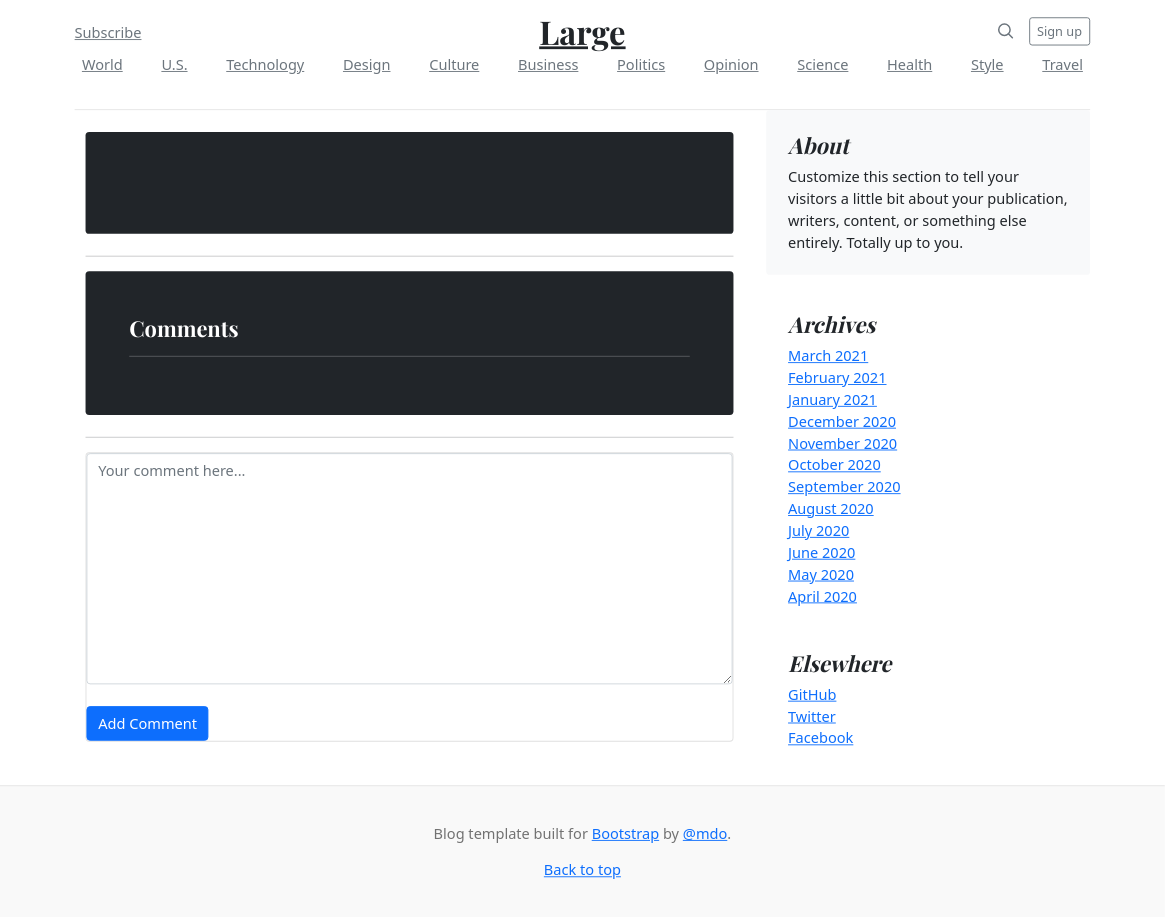
Repository: GarlicButterBoy/WEBD5201
Page: resources/views/posts/show.blade.php
These files come from the project's save history. The page is drawn as it stood at one moment and after a run of saves; the edit follows.
The browser window is 1280 px wide. The pictures show the whole page, at 91% of full size.
The page is served by the project's Laravel application, run on PHP 8.4 with Laravel 8. Other server files are loaded and not shown. The template is opened directly, without the code that normally fills it, so the values that code supplies are empty.

Above is the page before, as saved 2021-09-21 17:44:18.

### routes/web.php
<?php

/*
|--------------------------------------------------------------------------
| Web Routes
|--------------------------------------------------------------------------
|
| Here is where you can register web routes for your application. These
| routes are loaded by the RouteServiceProvider within a group which
| contains the "web" middleware group. Now create something great!
|
*/
use App\Task;
use App\Post;

// Route::get('/tasks', function () {
//     $tasks = DB::table('tasks')->get();
//     $tasks = \App\Task::all();
//     return view('tasks.index', compact('tasks'));
// });
Route::get('/tasks', 'TasksController@index'); //Replaced -> //Route::get('/tasks', function () {});
Route::get('/tasks/{task}', 'TasksController@show'); //Replaced -> //Route::get('/tasks/{task}', function ($id) {});


Route::get('/', 'PostsController@index');
Route::get('/posts/create', 'PostsController@create');
Route::post('/posts', 'PostsController@store');
Route::get('/posts/{post}', 'PostsController@show'); //Replaced -> //Route::get('/tasks', function () {});

// Route::get('/', function () {
//     //$name = 'Laracasts';
//     $tasks = [
//      'Go to the store',
//      'Finish my screencast',
//      'Clean the house'];
//     //Lesson 5, 3 ways to pass data to view
//     //return view('welcome', ['tasks' => $tasks]);
//     return view('welcome', compact('tasks'));
//     //return view('welcome')->with('tasks', $tasks);
// });
Route::get('/about', function () {  return view('about'); });

/* Posts
 *
 * GET /posts
 * GET /posts/create
 *
 * POST /posts
 *
 * GET /posts/{id}/edit
 * GET /posts/{id}
 *
 * PATCH /posts/{id}
 *
 * DELETE /posts/{id}
 *
 */

### resources/views/posts/show.blade.php
@extends ('layouts.main')


@section ('content')
<div class="col-md-8 p-4 ">
    <div class="p-4 p-md-5 mb-4 text-white rounded bg-dark">
        <h1>{{ $post->title }}</h1>

        <p>{{ $post->body }}</p>
    </div>

    <hr>

    <div class="comments p-4 p-md-5 mb-4 text-white rounded bg-dark">
        <h4>Comments</h4>
        <hr>
        <ol>
        @foreach ($post->comments as $comment)
        <li>
        <article>
            <strong>{{ $comment->created_at->diffForHumans() }}:</strong>

            {{$comment->body}}
        </article>
        </li>
        @endforeach
        </ol>
    </div>
    <hr>
    <div class="card">
        <div class="card-block">
    <form action="POST">
        <div class="form-group">
            <textarea class="form-control" name="body" id="body" cols="30" rows="10" placeholder="Your comment here..."></textarea>
        </div><br/>
        <div class="form-group">
            <button type="submit" class="btn btn-primary">Add Comment</button>
        </div>
    </form>
        </div>
    </div>


</div>

@endsection

### resources/views/layouts/main.blade.php
<!doctype html>
<html lang="en">
  <head>
    <meta charset="utf-8">
    <meta name="viewport" content="width=device-width, initial-scale=1">
    <meta name="description" content="">
    <meta name="author" content="Mark Otto, Jacob Thornton, and Bootstrap contributors">
    <meta name="generator" content="Hugo 0.88.1">
    <title>Blog Template · Bootstrap v5.1</title>

    <link rel="canonical" href="https://getbootstrap.com/docs/5.1/examples/blog/">



    <!-- Bootstrap core CSS -->
    <link href="https://cdn.jsdelivr.net/npm/bootstrap@5.1.1/dist/css/bootstrap.min.css" rel="stylesheet" integrity="sha384-F3w7mX95PdgyTmZZMECAngseQB83DfGTowi0iMjiWaeVhAn4FJkqJByhZMI3AhiU" crossorigin="anonymous">

    <!-- Favicons -->
<link rel="apple-touch-icon" href="/docs/5.1/assets/img/favicons/apple-touch-icon.png" sizes="180x180">
<link rel="icon" href="/docs/5.1/assets/img/favicons/favicon-32x32.png" sizes="32x32" type="image/png">
<link rel="icon" href="/docs/5.1/assets/img/favicons/favicon-16x16.png" sizes="16x16" type="image/png">
<link rel="manifest" href="/docs/5.1/assets/img/favicons/manifest.json">
<link rel="mask-icon" href="/docs/5.1/assets/img/favicons/safari-pinned-tab.svg" color="#7952b3">
<link rel="icon" href="/docs/5.1/assets/img/favicons/favicon.ico">
<meta name="theme-color" content="#7952b3">


    <style>
      .bd-placeholder-img {
        font-size: 1.125rem;
        text-anchor: middle;
        -webkit-user-select: none;
        -moz-user-select: none;
        user-select: none;
      }

      @media (min-width: 768px) {
        .bd-placeholder-img-lg {
          font-size: 3.5rem;
        }
      }
    </style>


    <!-- Custom styles for this template -->
    <link href="https://fonts.googleapis.com/css?family=Playfair&#43;Display:700,900&amp;display=swap" rel="stylesheet">
    <!-- Custom styles for this template -->
    <link href="/css/blog.css" rel="stylesheet">
  </head>
  <body>

<div class="container">
  <header class="blog-header py-3">
    <div class="row flex-nowrap justify-content-between align-items-center">
      <div class="col-4 pt-1">
        <a class="link-secondary" href="#">Subscribe</a>
      </div>
      <div class="col-4 text-center">
        <a class="blog-header-logo text-dark" href="#">Large</a>
      </div>
      <div class="col-4 d-flex justify-content-end align-items-center">
        <a class="link-secondary" href="#" aria-label="Search">
          <svg xmlns="http://www.w3.org/2000/svg" width="20" height="20" fill="none" stroke="currentColor" stroke-linecap="round" stroke-linejoin="round" stroke-width="2" class="mx-3" role="img" viewBox="0 0 24 24"><title>Search</title><circle cx="10.5" cy="10.5" r="7.5"/><path d="M21 21l-5.2-5.2"/></svg>
        </a>
        <a class="btn btn-sm btn-outline-secondary" href="#">Sign up</a>
      </div>
    </div>


  @include ('layouts.nav')
  </header>


</div>

<div class="container">
  <div class="row">

    @yield ('content')

    @include ('layouts.sidebar')
    </div>

</main>
  </div>
</div>

@include ('layouts.footer')

  </body>
</html>

### resources/views/layouts/nav.blade.php
<div class="nav-scroller py-1 mb-2">
    <nav class="nav d-flex justify-content-between">
      <a class="p-2 link-secondary" href="#">World</a>
      <a class="p-2 link-secondary" href="#">U.S.</a>
      <a class="p-2 link-secondary" href="#">Technology</a>
      <a class="p-2 link-secondary" href="#">Design</a>
      <a class="p-2 link-secondary" href="#">Culture</a>
      <a class="p-2 link-secondary" href="#">Business</a>
      <a class="p-2 link-secondary" href="#">Politics</a>
      <a class="p-2 link-secondary" href="#">Opinion</a>
      <a class="p-2 link-secondary" href="#">Science</a>
      <a class="p-2 link-secondary" href="#">Health</a>
      <a class="p-2 link-secondary" href="#">Style</a>
      <a class="p-2 link-secondary" href="#">Travel</a>
    </nav>
</div>

### resources/views/layouts/sidebar.blade.php
<div class="col-md-4">
      <div class="position-sticky" style="top: 2rem;">
        <div class="p-4 mb-3 bg-light rounded">
          <h4 class="fst-italic">About</h4>
          <p class="mb-0">Customize this section to tell your visitors a little bit about your publication, writers, content, or something else entirely. Totally up to you.</p>
        </div>

        <div class="p-4">
          <h4 class="fst-italic">Archives</h4>
          <ol class="list-unstyled mb-0">
            <li><a href="#">March 2021</a></li>
            <li><a href="#">February 2021</a></li>
            <li><a href="#">January 2021</a></li>
            <li><a href="#">December 2020</a></li>
            <li><a href="#">November 2020</a></li>
            <li><a href="#">October 2020</a></li>
            <li><a href="#">September 2020</a></li>
            <li><a href="#">August 2020</a></li>
            <li><a href="#">July 2020</a></li>
            <li><a href="#">June 2020</a></li>
            <li><a href="#">May 2020</a></li>
            <li><a href="#">April 2020</a></li>
          </ol>
        </div>

        <div class="p-4">
          <h4 class="fst-italic">Elsewhere</h4>
          <ol class="list-unstyled">
            <li><a href="#">GitHub</a></li>
            <li><a href="#">Twitter</a></li>
            <li><a href="#">Facebook</a></li>
          </ol>
        </div>
      </div>
    </div>

### resources/views/layouts/footer.blade.php
<footer class="blog-footer">
  <p>Blog template built for <a href="https://getbootstrap.com/">Bootstrap</a> by <a href="https://twitter.com/mdo">@mdo</a>.</p>
  <p>
    <a href="#">Back to top</a>
  </p>
</footer>

### public/css/blog.css

  /* stylelint-disable selector-list-comma-newline-after */

.blog-header {
  line-height: 1;
  border-bottom: 1px solid #e5e5e5;
}

.blog-header-logo {
  font-family: "Playfair Display", Georgia, "Times New Roman", serif/*rtl:Amiri, Georgia, "Times New Roman", serif*/;
  font-size: 2.25rem;
}

.blog-header-logo:hover {
  text-decoration: none;
}

h1, h2, h3, h4, h5, h6 {
  font-family: "Playfair Display", Georgia, "Times New Roman", serif/*rtl:Amiri, Georgia, "Times New Roman", serif*/;
}

.display-4 {
  font-size: 2.5rem;
}
@media (min-width: 768px) {
  .display-4 {
    font-size: 3rem;
  }
}

.nav-scroller {
  position: relative;
  z-index: 2;
  height: 2.75rem;
  overflow-y: hidden;
}

.nav-scroller .nav {
  display: flex;
  flex-wrap: nowrap;
  padding-bottom: 1rem;
  margin-top: -1px;
  overflow-x: auto;
  text-align: center;
  white-space: nowrap;
  -webkit-overflow-scrolling: touch;
}

.nav-scroller .nav-link {
  padding-top: .75rem;
  padding-bottom: .75rem;
  font-size: .875rem;
}

.card-img-right {
  height: 100%;
  border-radius: 0 3px 3px 0;
}

.flex-auto {
  flex: 0 0 auto;
}

.h-250 { height: 250px; }
@media (min-width: 768px) {
  .h-md-250 { height: 250px; }
}

/* Pagination */
.blog-pagination {
  margin-bottom: 4rem;
}
.blog-pagination > .btn {
  border-radius: 2rem;
}

/*
 * Blog posts
 */
.blog-post {
  margin-bottom: 4rem;
}
.blog-post-title {
  margin-bottom: .25rem;
  font-size: 2.5rem;
}
.blog-post-meta {
  margin-bottom: 1.25rem;
  color: #727272;
}

/*
 * Footer
 */
.blog-footer {
  padding: 2.5rem 0;
  color: #727272;
  text-align: center;
  background-color: #f9f9f9;
  border-top: .05rem solid #e5e5e5;
}
.blog-footer p:last-child {
  margin-bottom: 0;
}

Loaded but not shown: app/Providers/AppServiceProvider.php (common file)

After the next 2 saves:
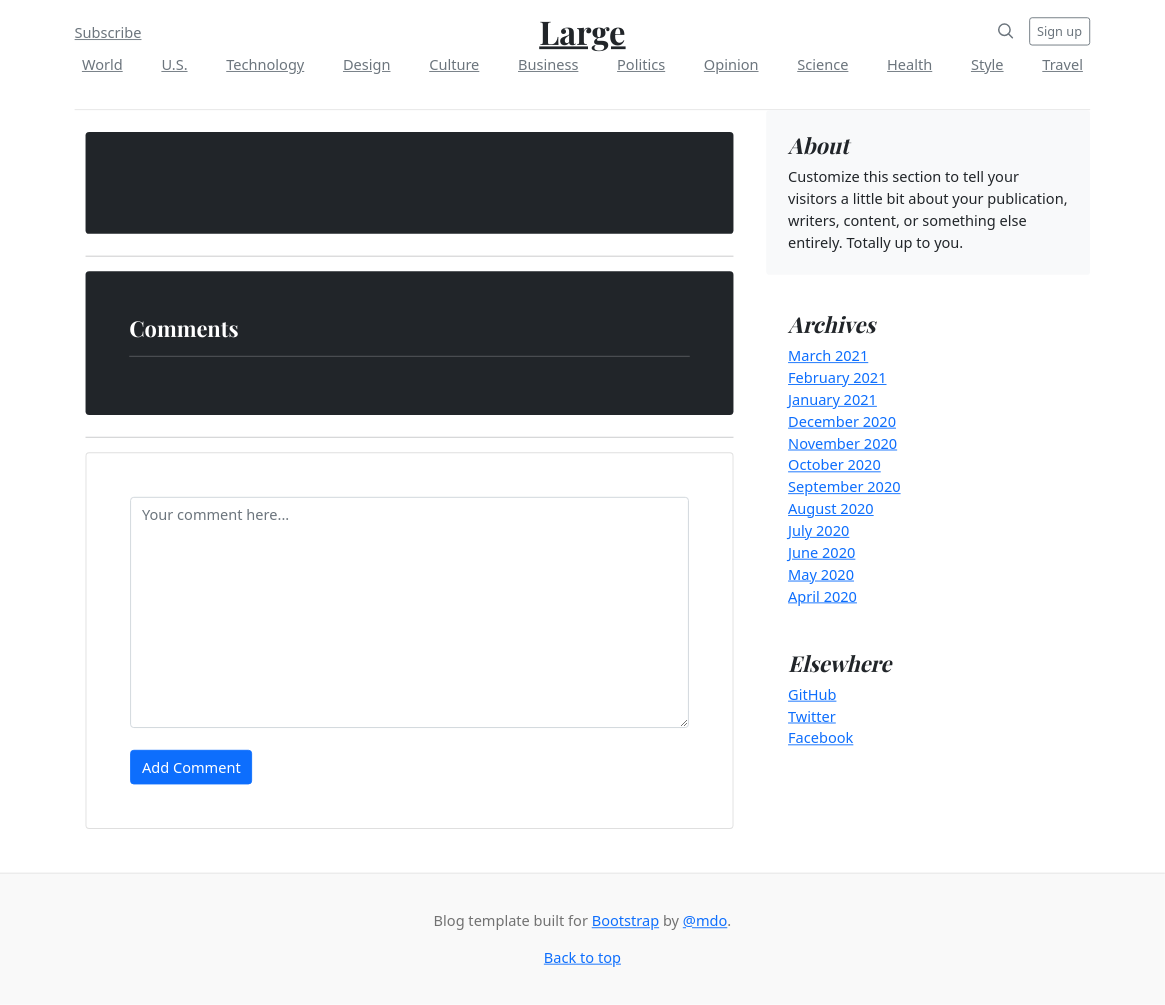
The 2 saves are shown as one change because they came seconds apart.
The last was saved 15 s later.
--- a/resources/views/posts/show.blade.php
+++ b/resources/views/posts/show.blade.php
@@ -27,7 +27,7 @@
         </ol>
     </div>
     <hr>
-    <div class="card">
+    <div class="card p-4 p-md-5 mb-4">
         <div class="card-block">
     <form action="POST">
         <div class="form-group">
